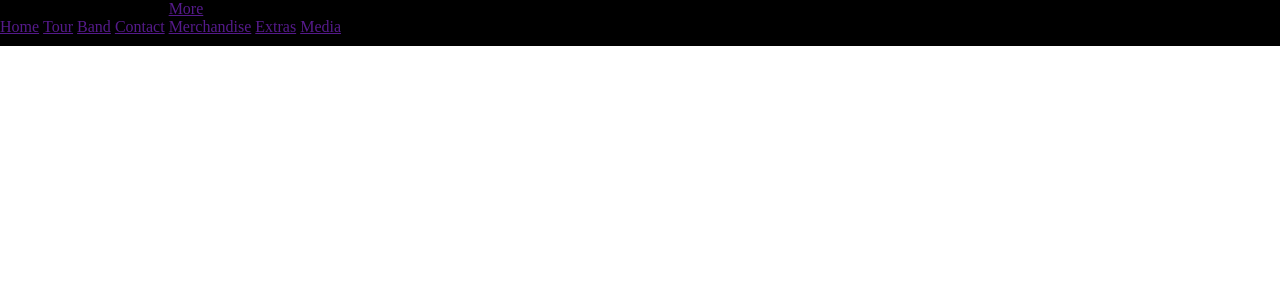
Repository: maivannhan1998/git-w3band
Page: index.html
These files come from the project's save history. The page is drawn as it stood at one moment and after the next save; the edit follows.
The browser window is 1280 px wide. The pictures show the whole page.

Above is the page before, as saved 2021-09-03 21:37:33.

### index.html
<!DOCTYPE html>
<html lang="en">
<head>
    <meta charset="UTF-8">
    <meta http-equiv="X-UA-Compatible" content="IE=edge">
    <meta name="viewport" content="width=device-width, initial-scale=1.0">
    <title>Document</title>
    <link rel="stylesheet" href="./asset/css/style.css">
</head>
<body>
    <div id="main">
        <div id="header">
            <ul id="nav">
                <li><a href="">Home</a></li>
                <li><a href="">Tour</a></li>
                <li><a href="">Band</a></li>
                <li><a href="">Contact</a></li>
                <li><a href="">More</a>
                    <ul class="subnav">
                        <li><a href="">Merchandise</a></li>
                        <li><a href="">Extras</a></li>
                        <li><a href="">Media</a></li>
                    </ul>
                </li>
            </ul>
        </div>

        <div id="slider">

        </div>

        <div id="content">

        </div>

        <div id="footer">

        </div>
    </div>
</body>
</html>

### asset/css/style.css
/* Reset CSS*/
*{
    padding: 0;
    margin: 0;
    box-sizing: border-box;
}

#main{

}

#header{
    height: 46px;
    background-color: #000;

}

#nav{

}

#nav li{
    display: inline-block;
}

#nav #subnav {
    display: none;
}

#slider{

}

#content{

}

#footer{

}

After the next save:
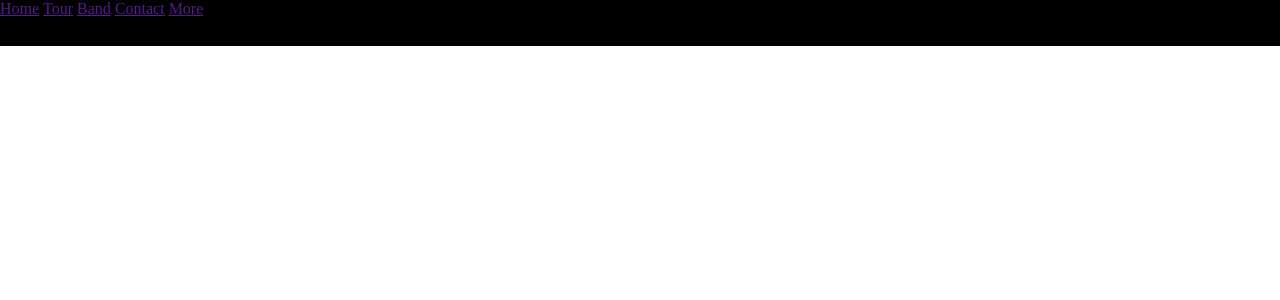
Saved 8 s later.
--- a/asset/css/style.css
+++ b/asset/css/style.css
@@ -23,7 +23,7 @@
     display: inline-block;
 }
 
-#nav #subnav {
+#nav .subnav {
     display: none;
 }
 
